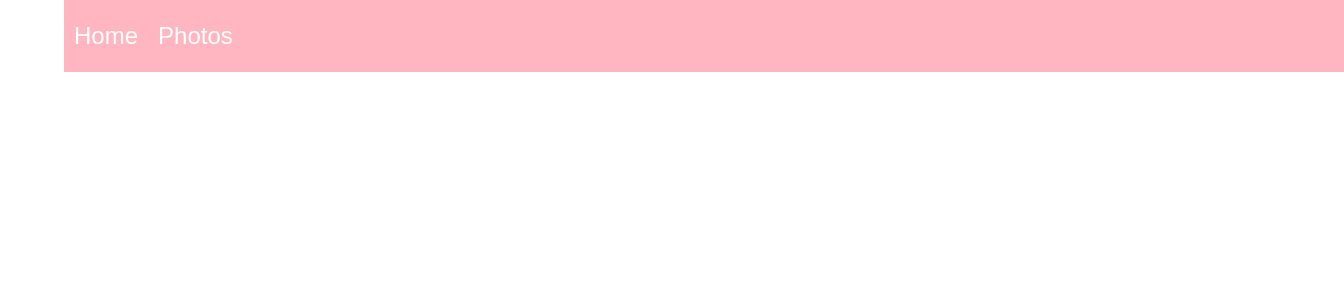
Repository: josephinel6/simple-editing
Page: navigation.html
These files come from the project's save history. The page is drawn as it stood at one moment and after the next save; the edit follows.
The browser window is 1280 px wide. The page is 1344 px wide, so the pictures cover 1344 px, including what lies to the right of the window. The pictures show the whole page.

Above is the page before, as saved 2023-05-23 09:26:34.

After the next save:
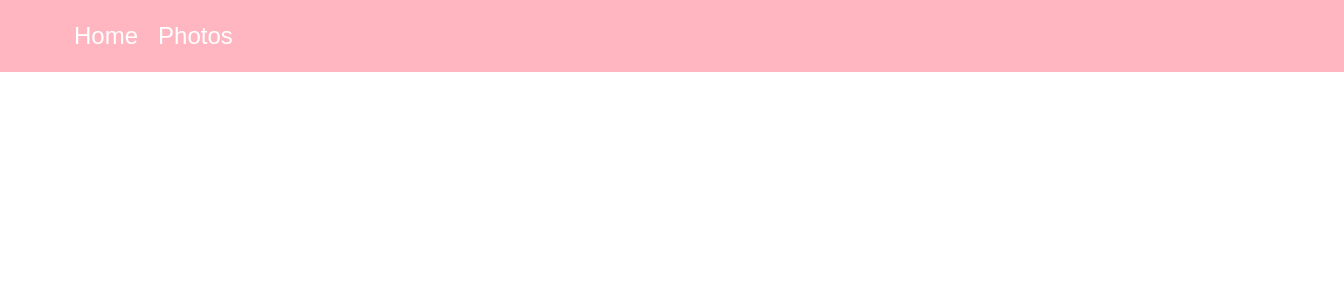
Saved 10 s later.
--- a/navigation.html
+++ b/navigation.html
@@ -15,7 +15,7 @@
 
 <body style="margin: 0; padding: 0">
     <div
-        style="height: 10%; width: 100%; background-color: lightpink; align-items: center; display: flex; margin-left: 5%">
+        style="height: 10%; width: 100%; background-color: lightpink; align-items: center; display: flex; padding-left: 5%">
         <h2 class="menutab"> Home </h2>
         <h2 class="menutab"> Photos </h2>
     </div>
